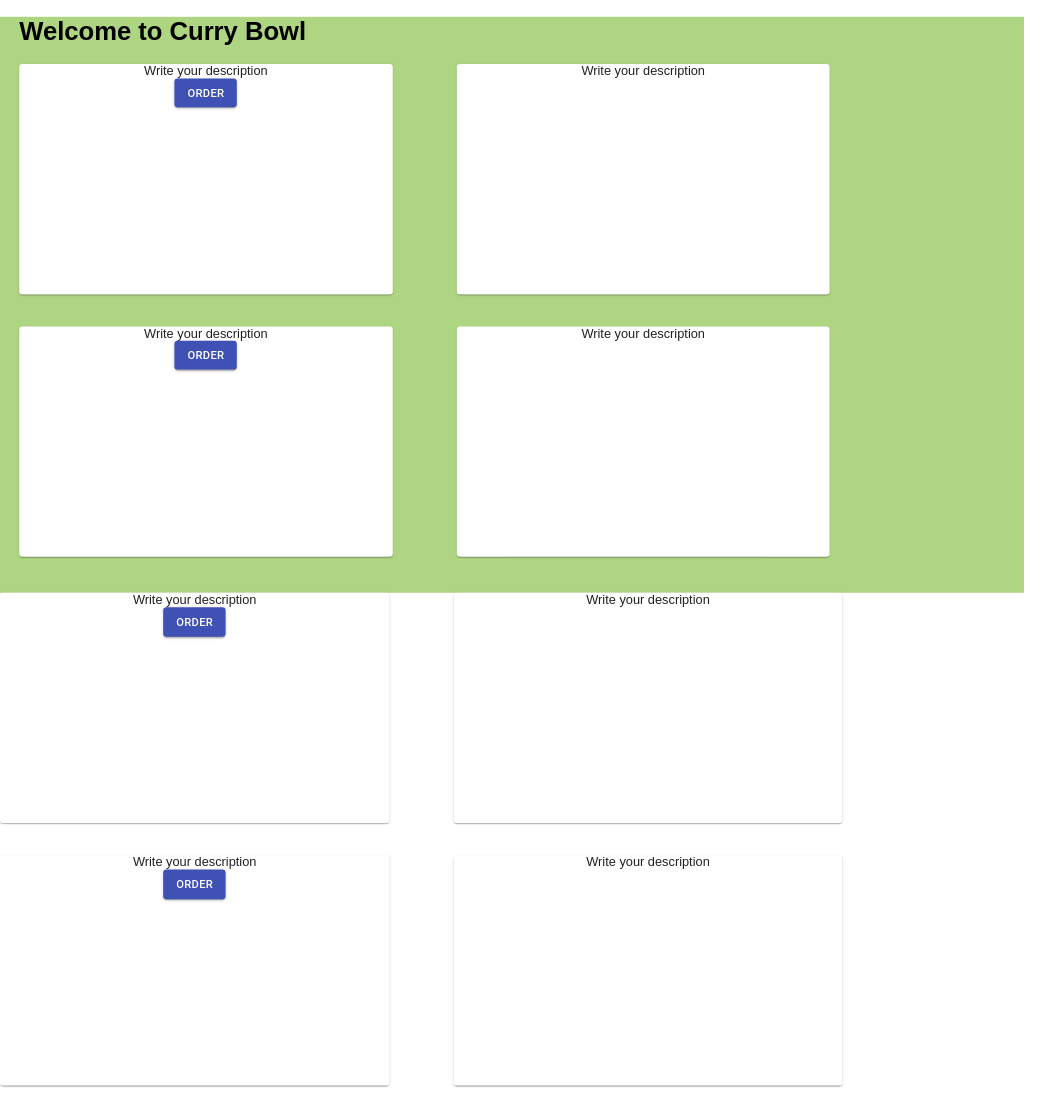
Repository: appikonda/food-order
Page: /
An editor plug-in stored every save of this project. The page is shown before and after the next save, followed by the edit.
The browser window is 1280 px wide. The page is 1320 px wide, so the pictures cover 1320 px, including what lies to the right of the window. The pictures show the whole page, at 80% of full size.
The project was rebuilt for these pictures with package versions that can differ from the ones it lists, and the page was loaded fresh each time. Also part of the build but not shown: webpack.config.js, src/App.css.

Above is the page before, as saved 2019-08-15 17:31:05.

After the next save:
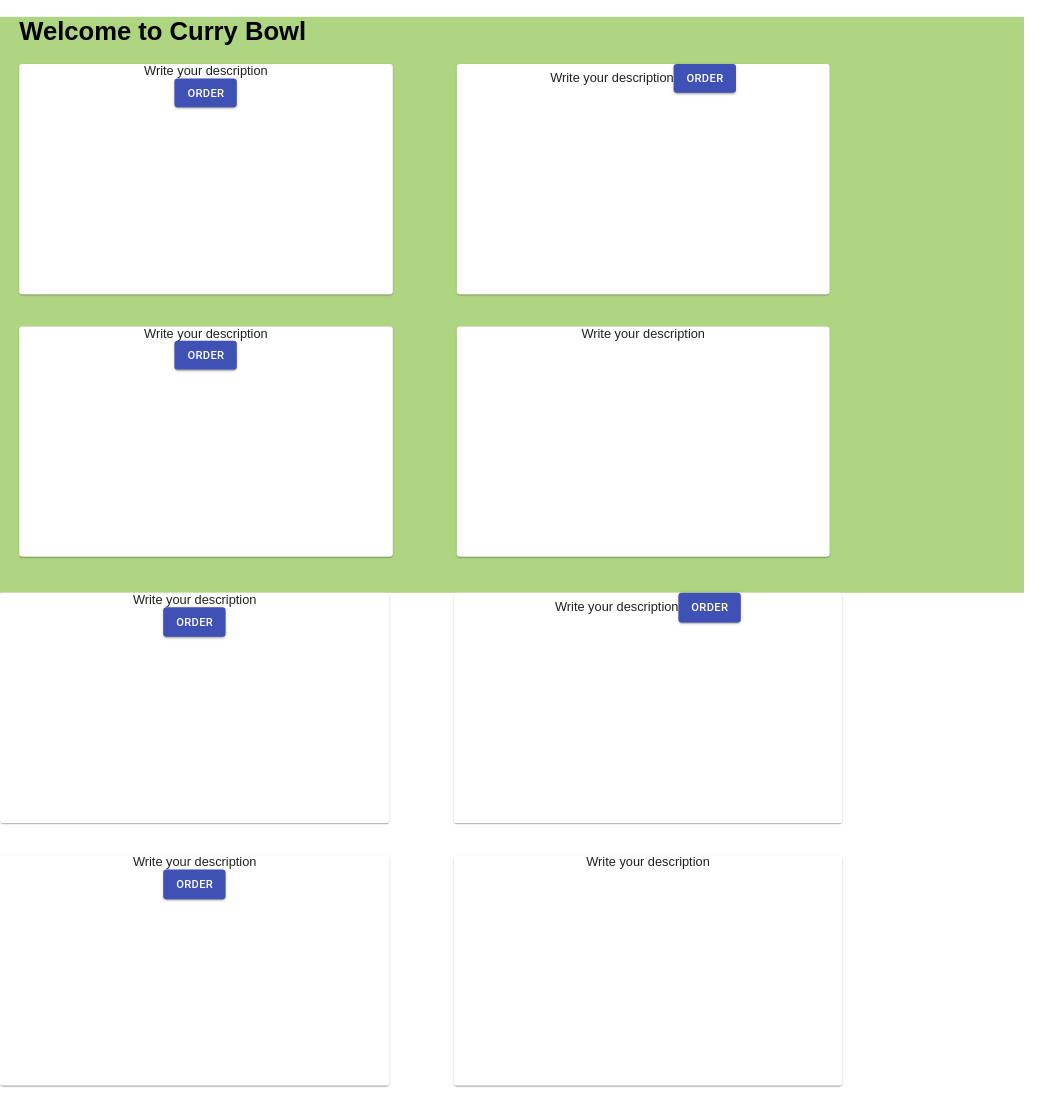
Saved 28 s later.
--- a/src/OrderFood.jsx
+++ b/src/OrderFood.jsx
@@ -62,6 +62,9 @@ renderGridOptions(){
         <Grid item xs={6} sm={5} >
           <Paper style={{  textAlign: 'center',  color: '#212121', height: '40vh'  }}>
              Write your description
+             <Button variant="contained" color="primary" onClick={this.handleClick.bind(this)}>
+        Order
+      </Button>
 
           </Paper>
         </Grid>
@@ -74,7 +77,7 @@ renderGridOptions(){
           <Paper style={{  textAlign: 'center',  color: '#212121', height: '40vh'  }}>
              Write your description
              <br/>
-             <Button variant="contained" color="primary">
+             <Button variant="contained" color="primary" onClick={this.handleClick.bind(this)}>
         Order
       </Button>
 
